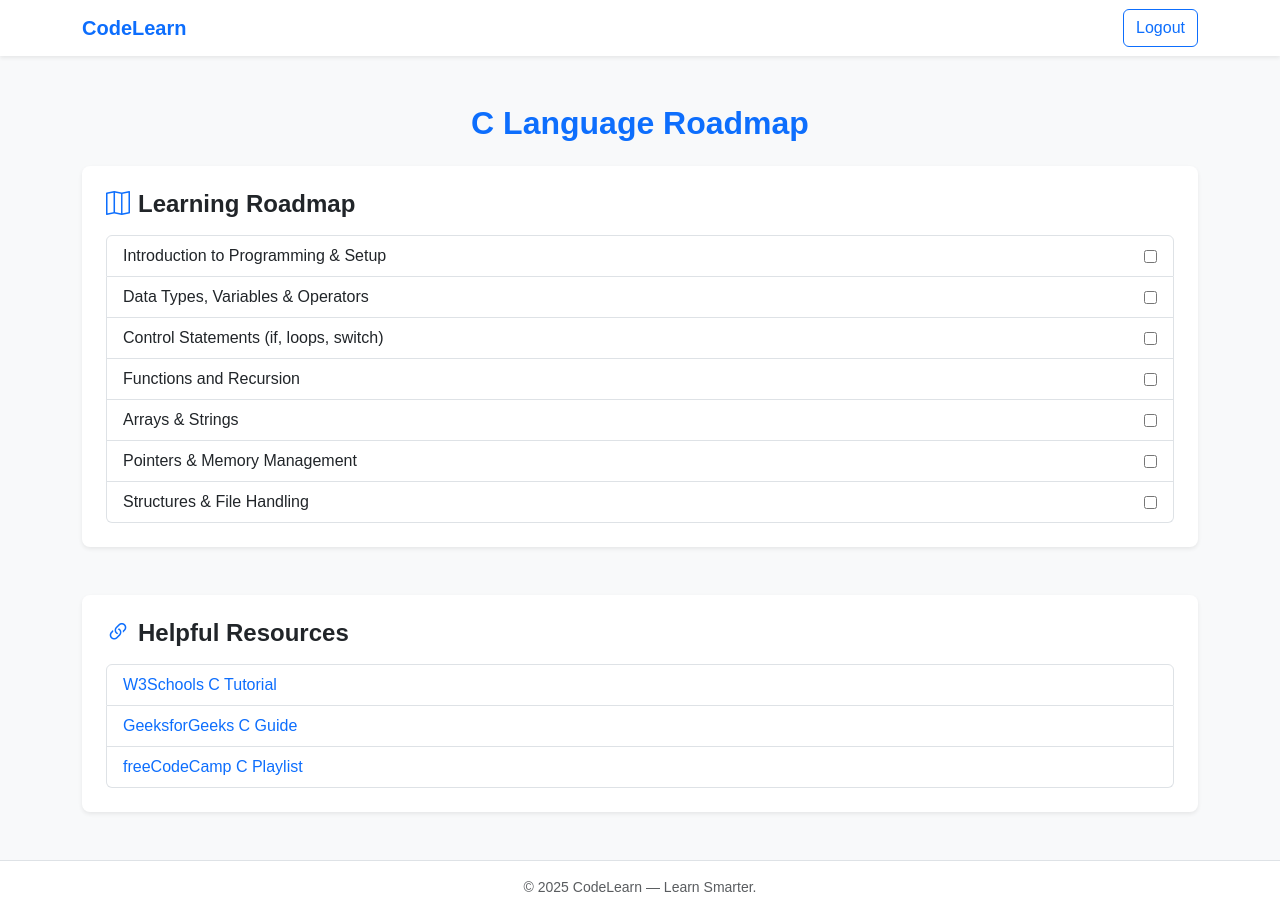
Repository: Aditisoni26/codeLearn
Page: course.html
The author's editor kept a copy of each file at every save. The page is drawn from the files as they stood at one save, then again after the next save.
The browser window is 1280 px wide. The pictures show the whole page.

Above is the page before, as saved 2025-10-27 20:37:20.

After the next save:
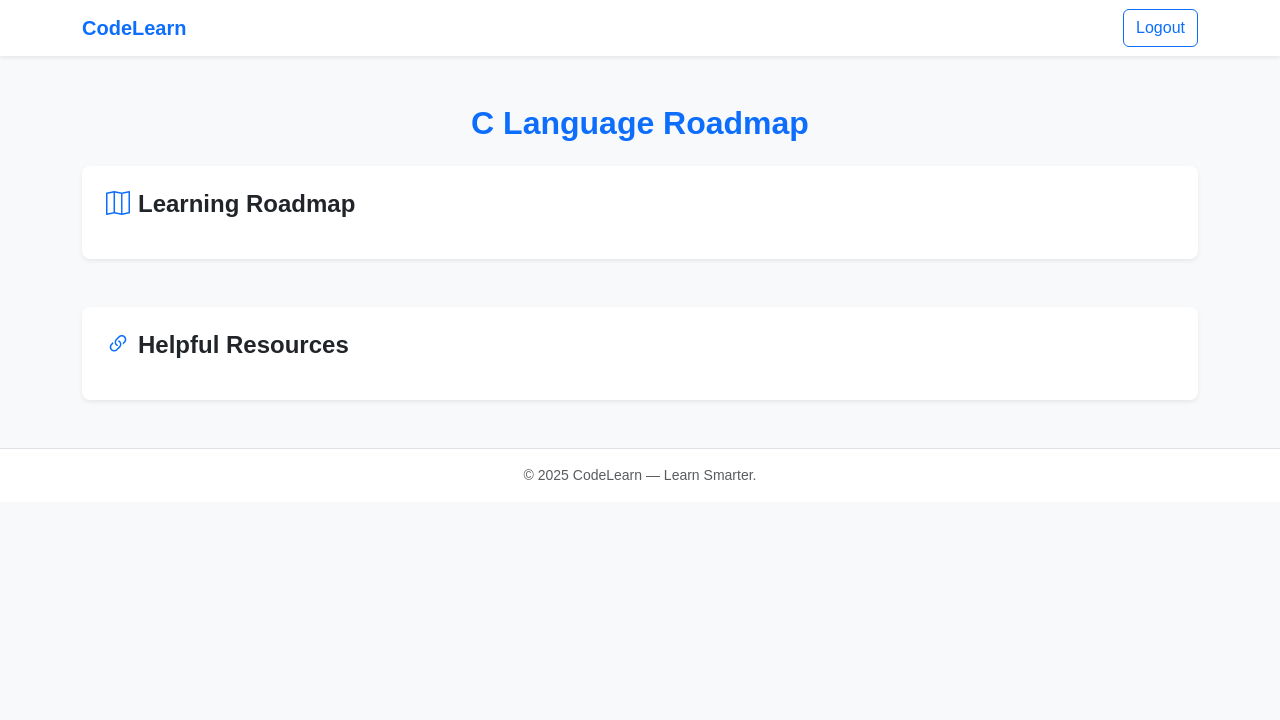
Console error: ReferenceError: res is not defined
Saved 6 min 19 s later.
--- a/course.html
+++ b/course.html
@@ -149,10 +149,8 @@
         data.roadmap.forEach((step, i) => {
             const li = document.createElement("li");
             li.className = "list-group-item d-flex justify-content-between align-items-center";
-            li.innerHTML = `
-        <span>${step}</span>
-        <input type="checkbox" ${completed.includes(i) ? "checked" : ""} data-step="${i}">
-      `;
+            // FIX this line in your course.html file:
+            li.innerHTML = `<a href="${res.link}" target="_blank" class="text-decoration-none text-primary">${res.name}</a>`;
             roadmapList.appendChild(li);
         });
 

After the save that followed:
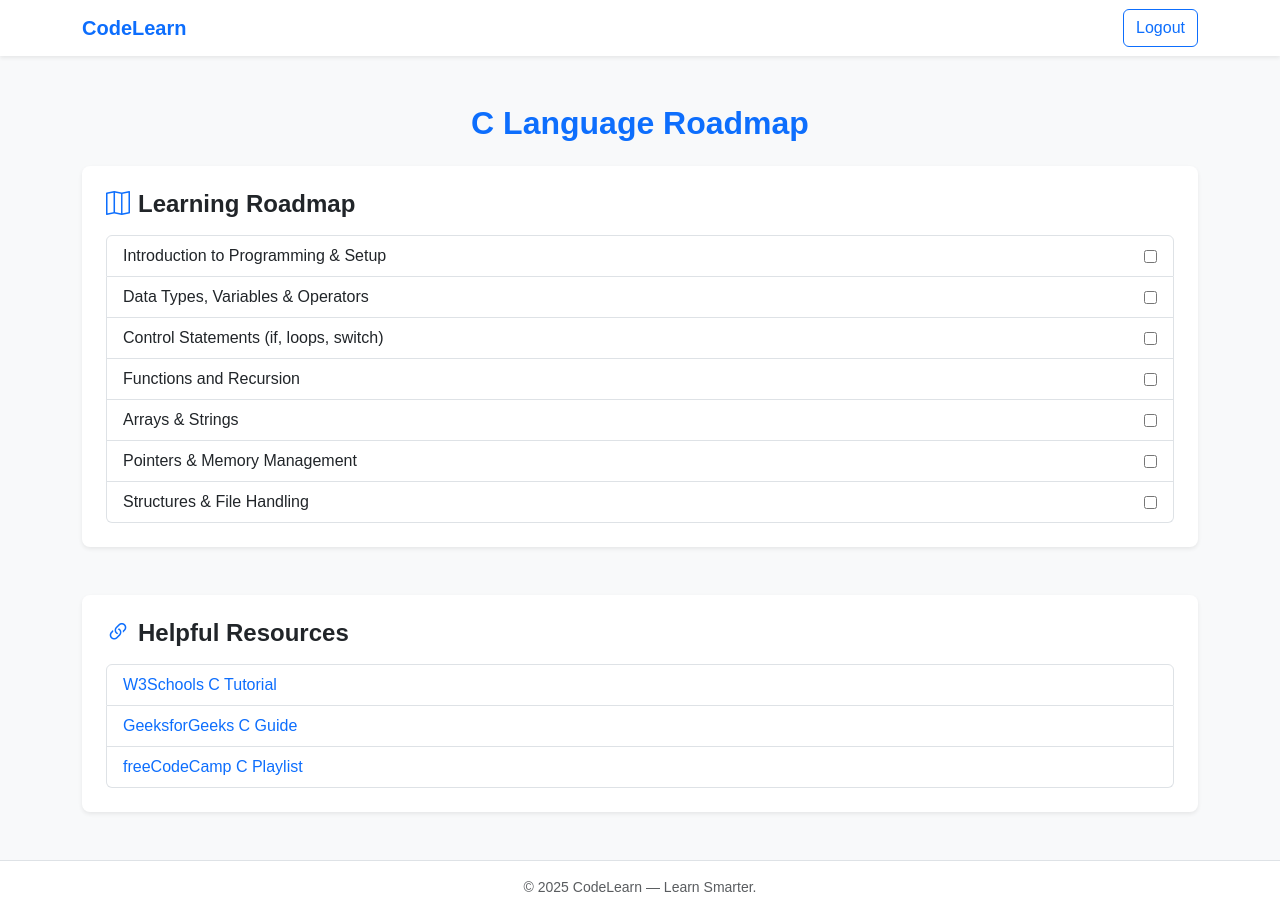
The error is gone.
Saved 6 s later.
--- a/course.html
+++ b/course.html
@@ -149,8 +149,10 @@
         data.roadmap.forEach((step, i) => {
             const li = document.createElement("li");
             li.className = "list-group-item d-flex justify-content-between align-items-center";
-            // FIX this line in your course.html file:
-            li.innerHTML = `<a href="${res.link}" target="_blank" class="text-decoration-none text-primary">${res.name}</a>`;
+            li.innerHTML = `
+        <span>${step}</span>
+        <input type="checkbox" ${completed.includes(i) ? "checked" : ""} data-step="${i}">
+      `;
             roadmapList.appendChild(li);
         });
 
